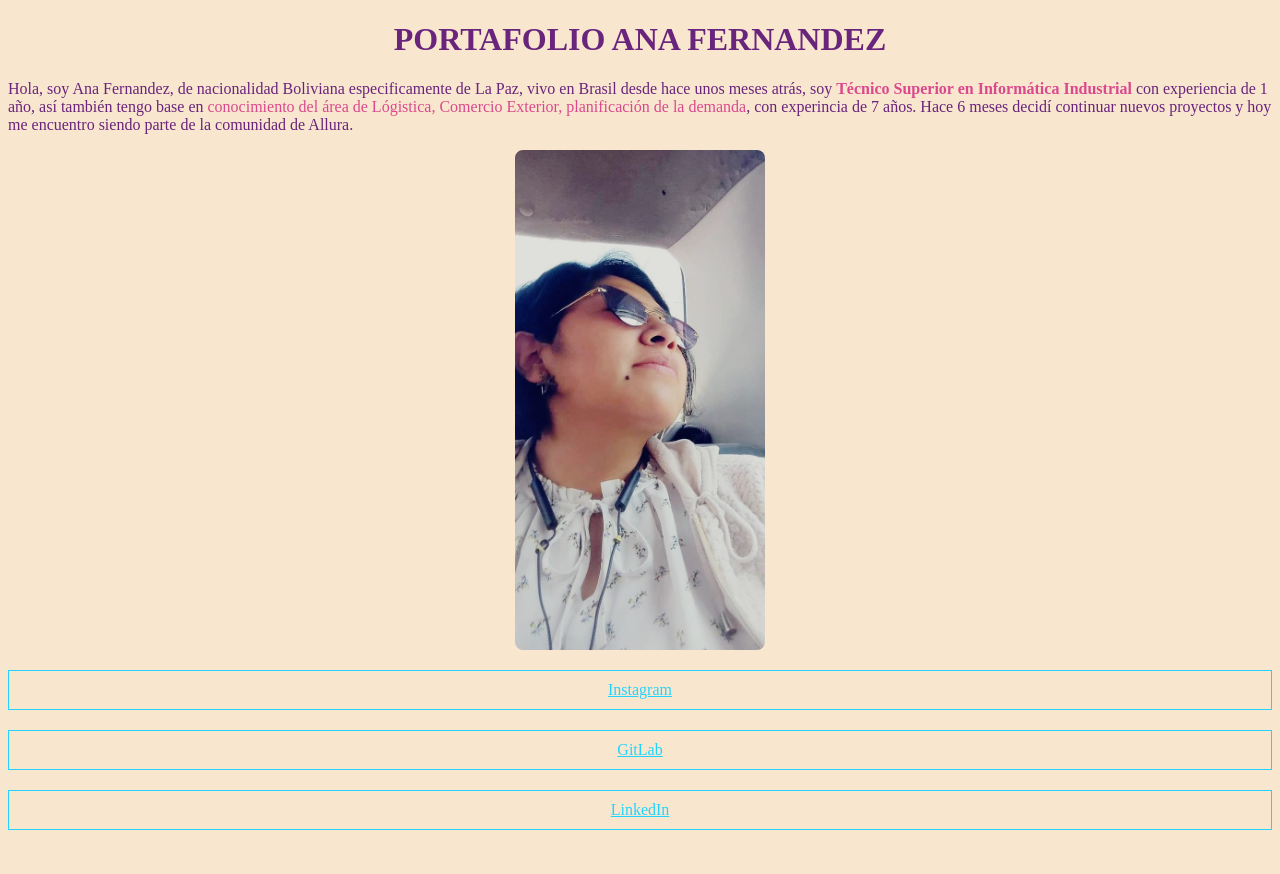
Repository: AnaFzCz/PROYECTOS-HTML---CSS2
Page: Portafolio/index.html
An editor plug-in stored every save of this project. The page is shown before and after the next save, followed by the edit.
The browser window is 1280 px wide. The pictures show the whole page.

Above is the page before, as saved 2025-01-24 07:19:15.

After the next save:
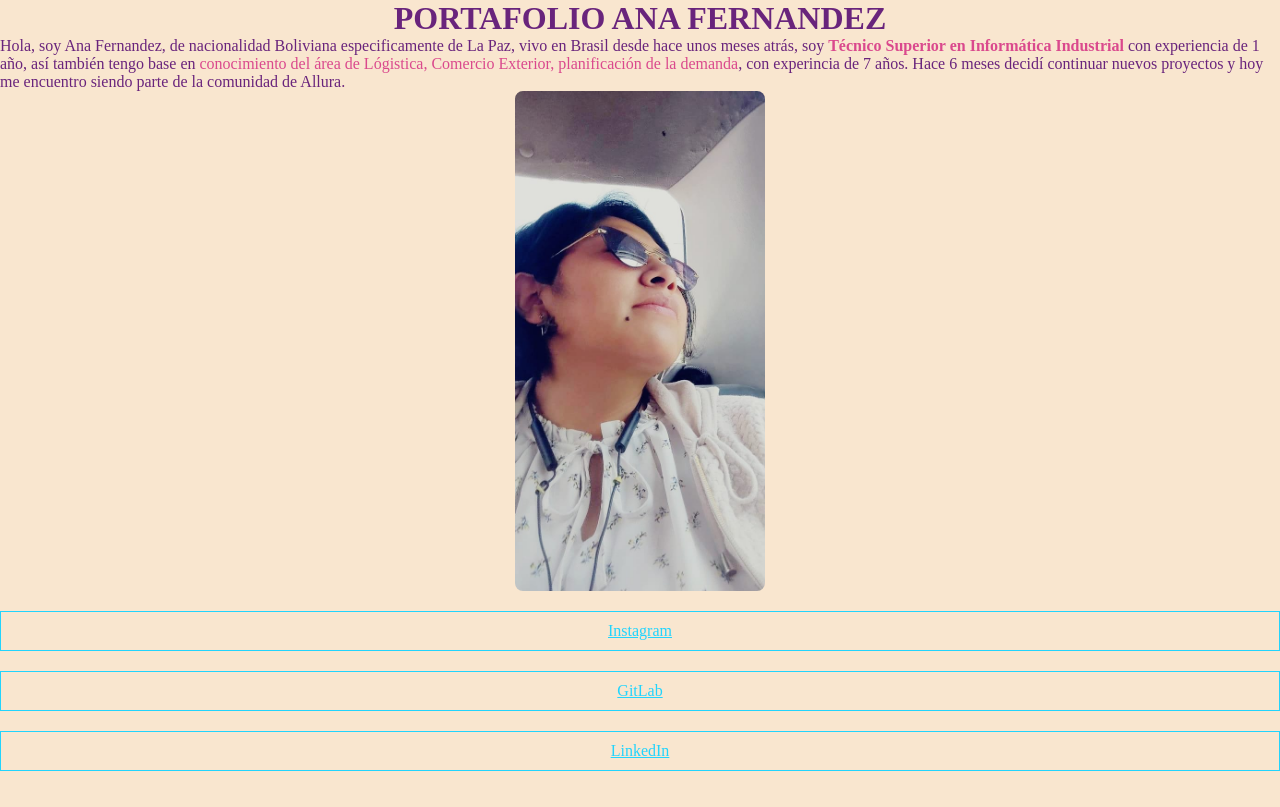
Saved 11 min 11 s later.
--- a/Portafolio/style.css
+++ b/Portafolio/style.css
@@ -1,3 +1,8 @@
+*{
+  margin:0;
+  padding: 0;
+}
+
 body{
    background-color: #F9E6CF;
    color:#69247C;
@@ -5,7 +10,8 @@ body{
 }
 
 .destacar{
-  color:#DA498D;
+
+    color:#DA498D;
 }
 
 span{
